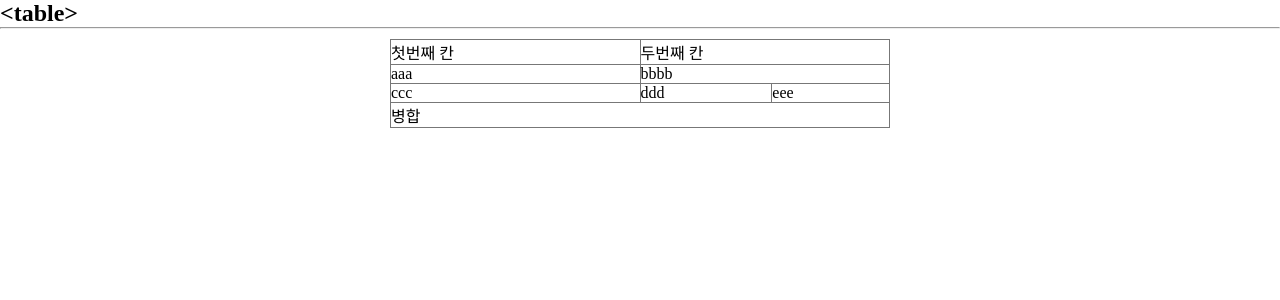
Repository: hyunh84/jsp_study
Page: http://localhost/Day02/j07_table01.jsp
An editor plug-in stored every save of this project. The page is shown before and after the next save, followed by the edit.
The browser window is 1280 px wide. The pictures show the whole page.
The page is served by Tomcat 9. Other server files are loaded and not shown.

Above is the page before, as saved 2015-09-06 03:26:19.

### MyWorks/Day02/WebContent/j07_table01.jsp
<%@ page language="java" contentType="text/html; charset=utf-8"
    pageEncoding="utf-8"%>
<!DOCTYPE html>
<html>
<head>
<meta charset="utf-8">
<title>Insert title here</title>

<style type="text/css">
	* {margin:0; padding:0;}
	table {border-collapse:collapse; }
	table td {border:1px solid #777;}
</style>
</head>
<body>

	<h2>&lt;table&gt;</h2>
	<hr>

	<%--
		tr : 한줄을 의미
		td : 한칸을 의미
	 --%>

	<table style="width:500px; margin:10px auto 0;">

		<tbody>
			<tr>
				<td>첫번째 칸</td>
				<td colspan="2">두번째 칸</td>
			</tr>
			<tr>
				<td>aaa</td>
				<td colspan="2">bbbb</td>
			</tr>
			<tr>
				<td>ccc</td>
				<td>ddd</td>
				<td>eee</td>
			</tr>
			<tr>
				<td colspan="3">병합</td>
			</tr>
		</tbody>
	</table>



</body>
</html>

After the next save:
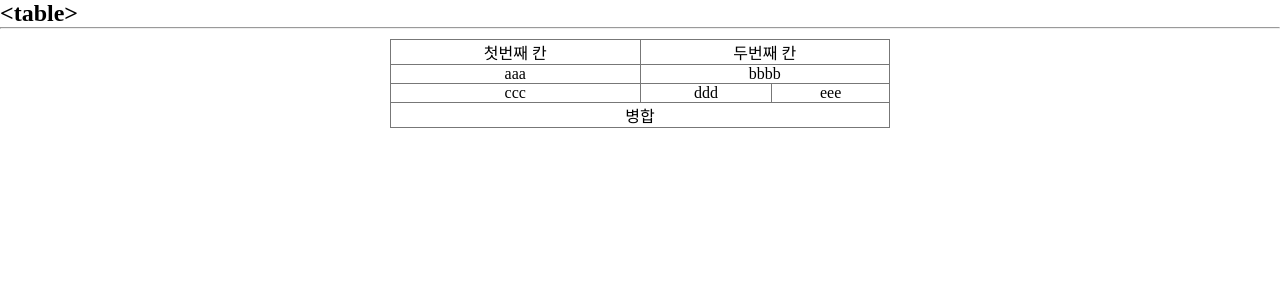
Saved 22 s later.
--- a/MyWorks/Day02/WebContent/j07_table01.jsp
+++ b/MyWorks/Day02/WebContent/j07_table01.jsp
@@ -9,7 +9,7 @@
 <style type="text/css">
 	* {margin:0; padding:0;}
 	table {border-collapse:collapse; }
-	table td {border:1px solid #777;}
+	table td {text-align:center; border:1px solid #777;}
 </style>
 </head>
 <body>
